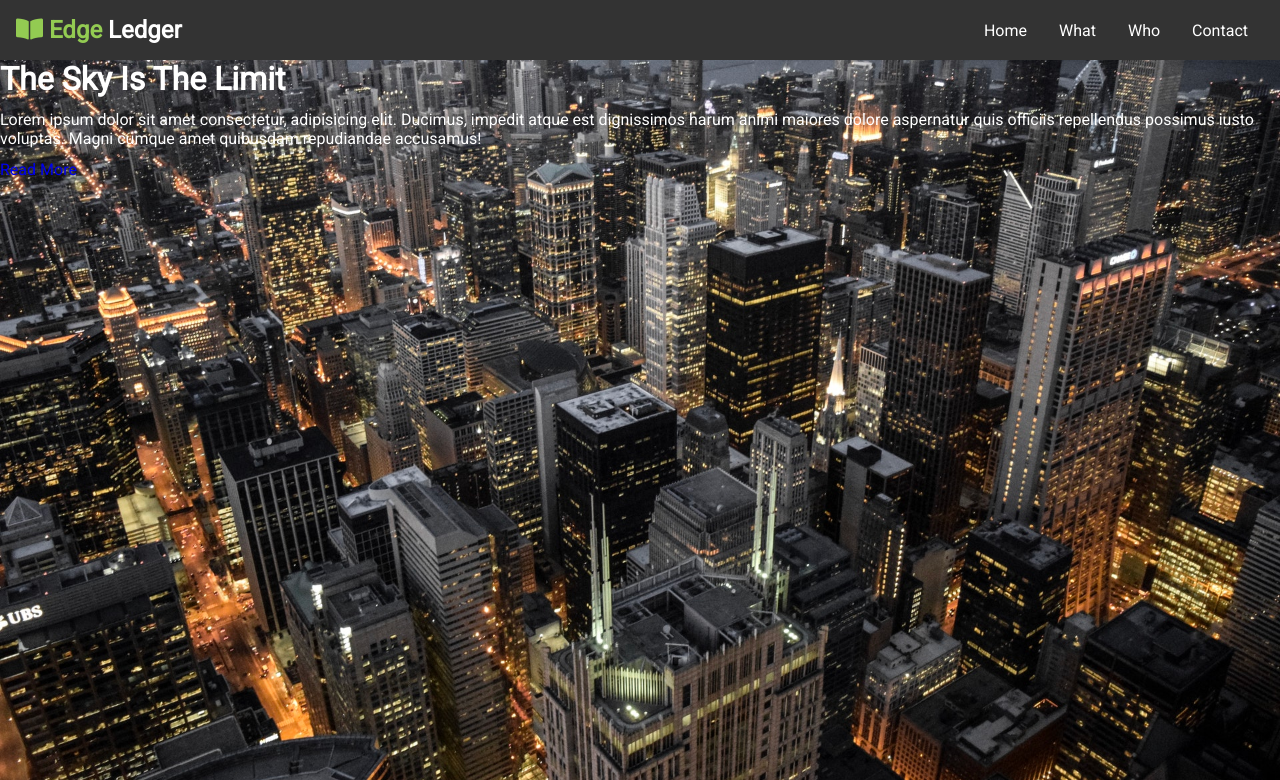
Repository: minhtien9/EdgeLedger-Financial-Web
Page: index.html
These files come from the project's save history. The page is drawn as it stood at one moment and after the next save; the edit follows.
The browser window is 1280 px wide. The pictures show the whole page.

Above is the page before, as saved 2021-08-16 21:52:13.

### index.html
<!DOCTYPE html>
<html lang="en">

<head>
    <meta charset="UTF-8" />
    <meta http-equiv="X-UA-Compatible" content="IE=edge" />
    <meta name="viewport" content="width=device-width, initial-scale=1.0" />
    <link rel="stylesheet" href="https://cdnjs.cloudflare.com/ajax/libs/font-awesome/5.15.4/css/all.min.css" integrity="sha512-1ycn6IcaQQ40/MKBW2W4Rhis/DbILU74C1vSrLJxCq57o941Ym01SwNsOMqvEBFlcgUa6xLiPY/NS5R+E6ztJQ==" crossorigin="anonymous" referrerpolicy="no-referrer"
    />
    <link rel="stylesheet" media="screen and (max-width:768px)" href="css/mobile.css" />
    <link rel="stylesheet" media="screen  and (min-width:1100)" href="css/widescreen.css" />
    <link rel="stylesheet" href="css/style.css" />
    <title>EdgeLedger Financial | Accounting & Investment</title>
</head>

<body id="home">
    <!-- Navbar -->
    <nav id="navbar">
        <h1 class="logo">
            <span class="text-primary"> <i class="fas fa-book-open"></i> Edge </span
        >Ledger
      </h1>
      <ul>
        <li><a href="#home">Home</a></li>
        <li><a href="#what">What</a></li>
        <li><a href="#who">Who</a></li>
        <li><a href="#contact">Contact</a></li>
      </ul>
    </nav>
    <!-- Header: Showcase -->
    <header id="showcase">
      <div class="showcase-content">
        <h1 class="l-heading">The Sky Is The Limit</h1>
        <p class="lead">
          Lorem ipsum dolor sit amet consectetur, adipisicing elit. Ducimus,
          impedit atque est dignissimos harum animi maiores dolore aspernatur
          quis officiis repellendus possimus iusto voluptas. Magni cumque amet
          quibusdam repudiandae accusamus!
        </p>
        <a href="#what" class="btn">Read More</a>
      </div>
    </header>
  </body>
</html>

### css/style.css
@import url('https://fonts.googleapis.com/css2?family=Roboto&display=swap');
* {
    box-sizing: border-box;
    margin: 0;
    padding: 0;
}

body {
    font-family: 'Roboto', sans-serif;
}

a {
    text-decoration: none;
}

p {
    margin: 0.75rem 0;
}


/* Utility Classes */

.text-primary {
    color: #93cb52;
}


/* Navbar */

#navbar {
    display: flex;
    position: stick;
    top: 0;
    background: #333;
    color: #fff;
    justify-content: space-between;
    z-index: 1;
    padding: 1rem;
}

#navbar ul {
    display: flex;
    align-items: center;
    list-style: none;
}

#navbar ul li a {
    color: #fff;
    padding: 0.75rem;
    margin: 0 0.25rem;
}

#navbar ul li a:hover {
    background: #93cb52;
    border-radius: 5px;
}


/* Showcase */

#showcase {
    background: #333 url('../img/showcase.jpg') no-repeat center center/cover;
    height: 100vh;
    color: #fff;
}

Loaded but not shown: css/mobile.css (no stored copy; drawn as an empty file); css/widescreen.css (no stored copy; drawn as an empty file)

After the next save:
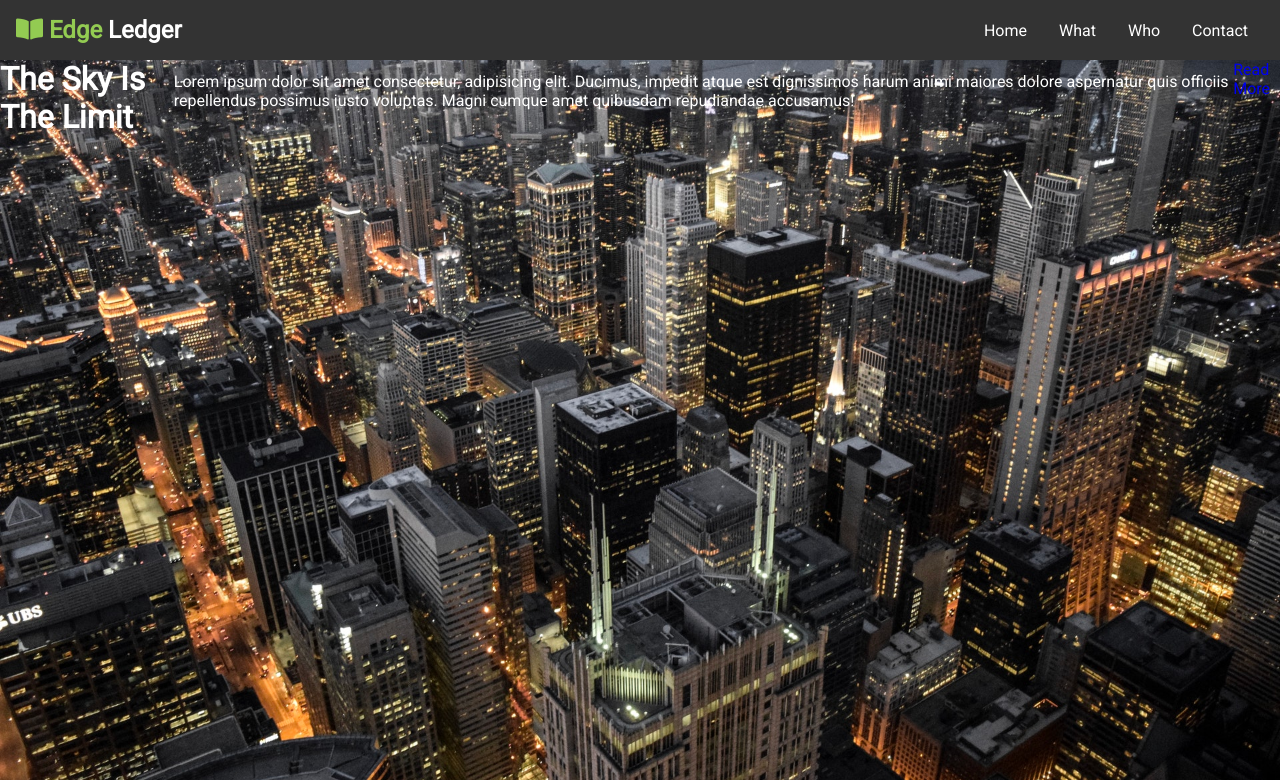
Saved 85 s later.
--- a/css/style.css
+++ b/css/style.css
@@ -63,3 +63,7 @@
     height: 100vh;
     color: #fff;
 }
+
+#showcase .showcase-content {
+    display: flex;
+}

After the 2 saves that followed:
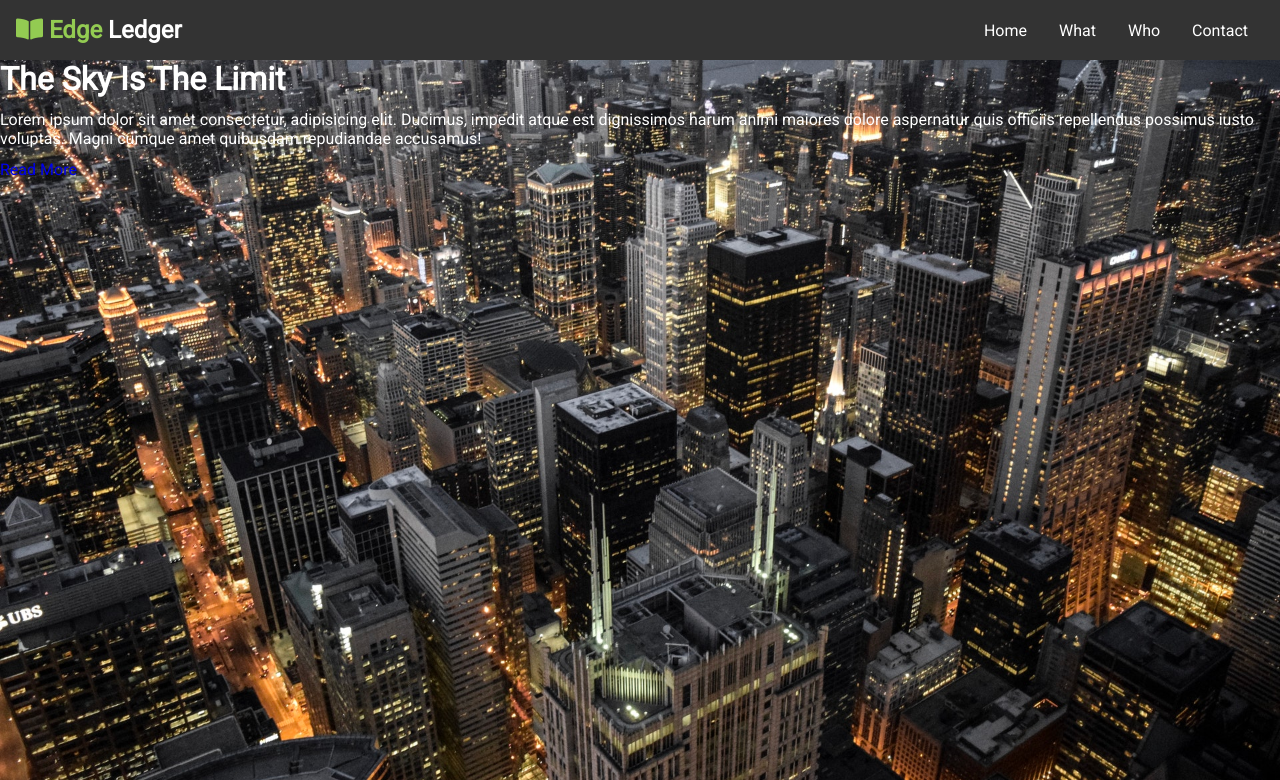
The 2 saves are shown as one change because they came seconds apart.
The last was saved 27 s later.
--- a/css/style.css
+++ b/css/style.css
@@ -66,4 +66,5 @@
 
 #showcase .showcase-content {
     display: flex;
+    flex-direction: column;
 }
